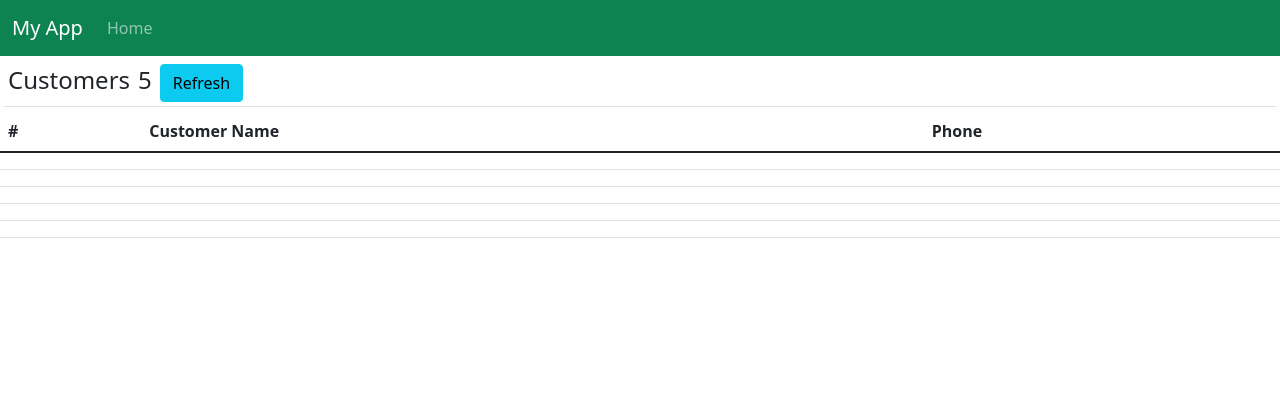
Repository: smit1298/e-commerce
Page: /
These files come from the project's save history. The page is drawn as it stood at one moment and after a run of saves; the edit follows.
The browser window is 1280 px wide. The pictures show the whole page.
The project was rebuilt for these pictures with package versions that can differ from the ones it lists, and the page was loaded fresh each time.

Above is the page before, as saved 2022-05-10 17:09:38.

After the next 3 saves:
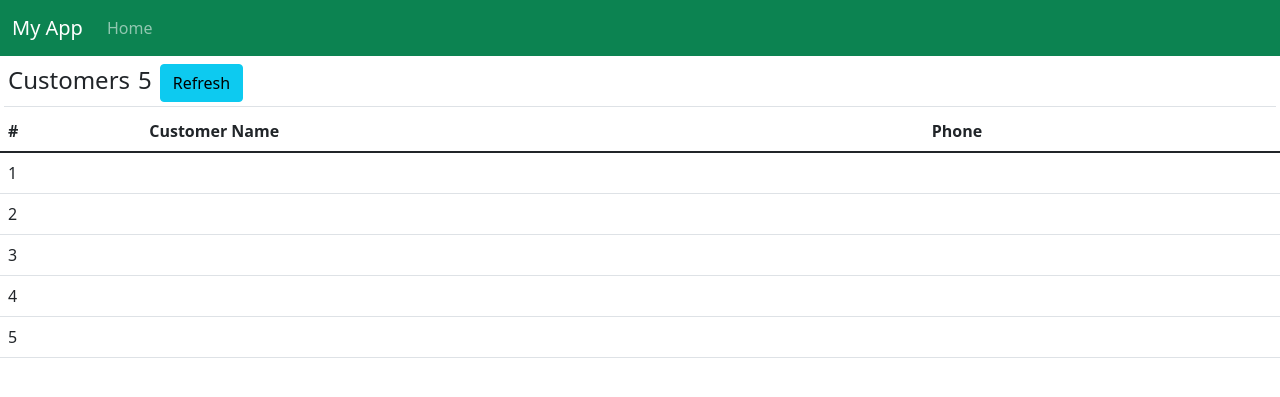
The 3 saves are shown as one change because 1 did not build or start and some came seconds apart.
The last was saved 12 s later.
--- a/src/MainContent.jsx
+++ b/src/MainContent.jsx
@@ -35,7 +35,7 @@ export default class MainContent extends Component {
             {this.state.customers.map((cust) => {
               return (
                 <tr>
-                  <td>{}</td>
+                  <td>{cust.id}</td>
                   <td></td>
                   <td></td>
                 </tr>
